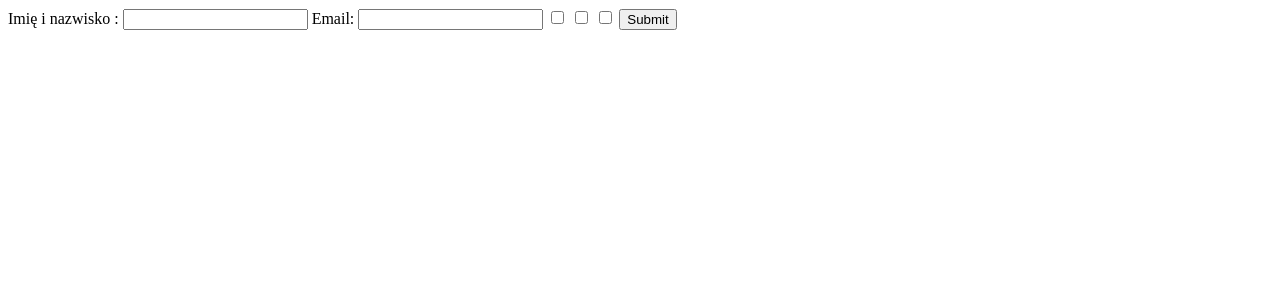
Repository: magdaf41/JavaScript
Page: JS DOM zadanie_5/index.html
An editor plug-in stored every save of this project. The page is shown before and after the next save, followed by the edit.
The browser window is 1280 px wide. The pictures show the whole page.

Above is the page before, as saved 2020-09-06 15:13:03.

### JS DOM zadanie_5/index.html
<!DOCTYPE html>
<html lang="en">

<head>
    <meta charset="UTF-8">
    <meta name="viewport" content="width=device-width, initial-scale=1.0">
    <title>Warsztat 2 - Obsługa formularza</title>
    <link rel="stylesheet" href="css/style.css">
</head>

<body>
    <form id="form" action="">
        <label>Imię  i nazwisko : <input type="text" name="name" value=""></label>
        <label>Email: <input type="text" name="email" id="email"> </label>
        <input type="checkbox" name="allAccept" id="allAccept">
        <input type="checkbox" name="accept_1" id="accept">
        <input type="checkbox" name="accept_2" id="accept">
        <input id="submit" type="submit" value="Submit">
    </form>


    <script src="js/script.js"></script>
</body>

</html>

### JS DOM zadanie_5/js/script.js
const send = (event) => {
    event.preventDefault();
    let fname = document.querySelector('[name = "fname"');
    let lname = document.querySelector('[name ="lname"');
    console.log(`Imię: ${fname.value}, Nazwisko: ${lname.value}`);
}

let form = document.getElementById('form');
form.addEventListener('submit', send);

Loaded but not shown: JS DOM zadanie_5/css/style.css (no stored copy; drawn as an empty file)

After the next save:
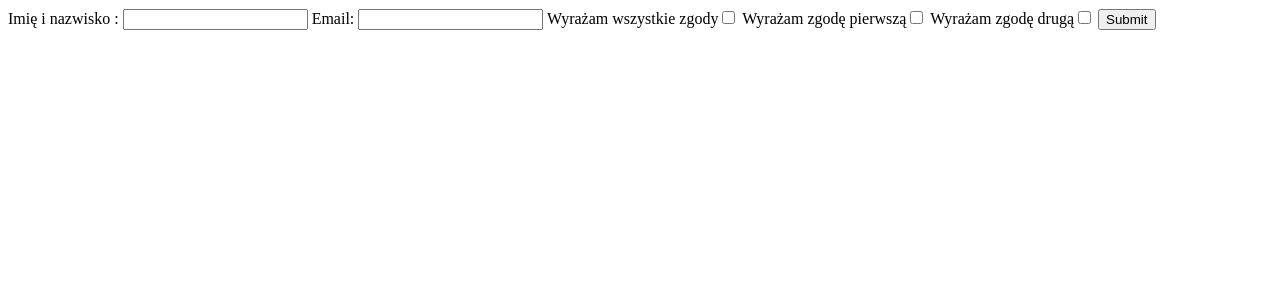
Saved 97 s later.
--- a/JS DOM zadanie_5/index.html
+++ b/JS DOM zadanie_5/index.html
@@ -12,9 +12,9 @@
     <form id="form" action="">
         <label>Imię  i nazwisko : <input type="text" name="name" value=""></label>
         <label>Email: <input type="text" name="email" id="email"> </label>
-        <input type="checkbox" name="allAccept" id="allAccept">
-        <input type="checkbox" name="accept_1" id="accept">
-        <input type="checkbox" name="accept_2" id="accept">
+        <label>Wyrażam wszystkie zgody<input type="checkbox" name="allAccept" id="allAccept"></label>
+        <label>Wyrażam zgodę pierwszą<input type="checkbox" name="accept_1" id="accept"></label>
+        <label>Wyrażam zgodę drugą<input type="checkbox" name="accept_2" id="accept"></label>
         <input id="submit" type="submit" value="Submit">
     </form>
 
